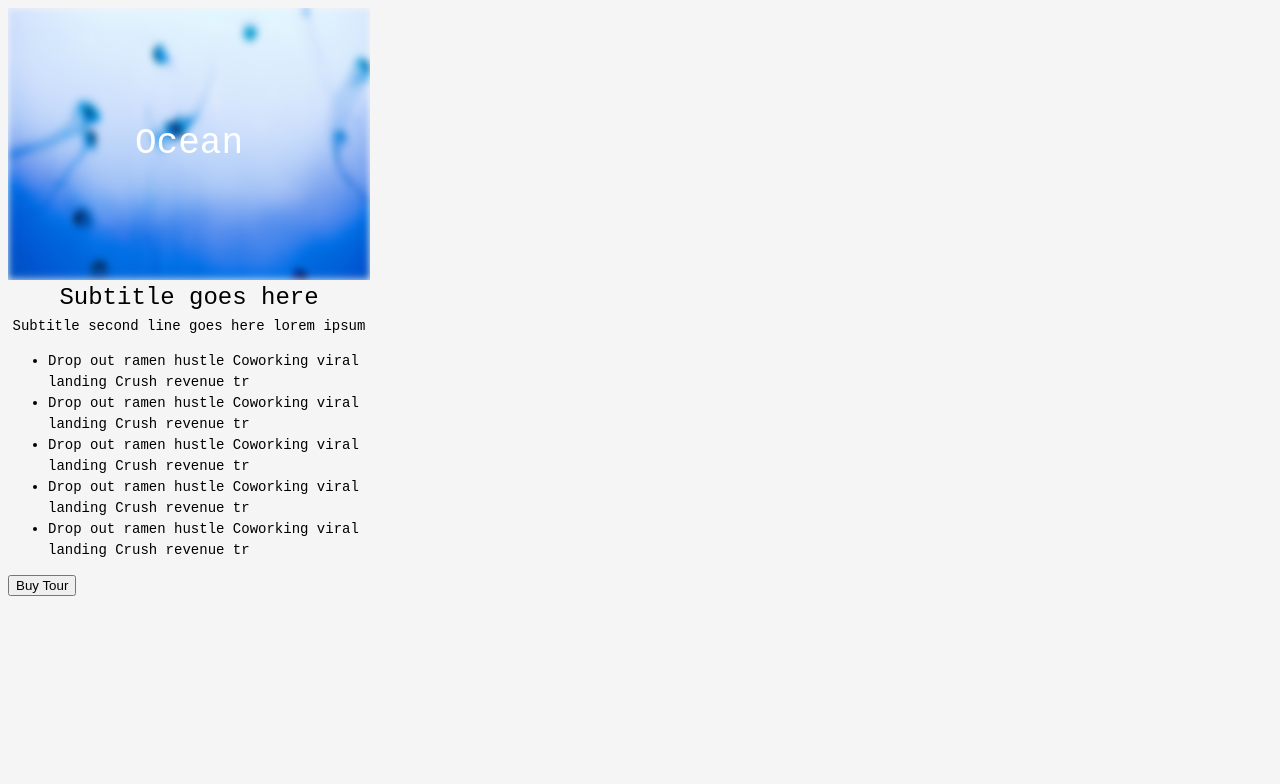
Repository: HoanTiny/pricetable
Page: index.html
The author's editor kept a copy of each file at every save. The page is drawn from the files as they stood at one save, then again after the next save.
The browser window is 1280 px wide. The pictures show the whole page.

Above is the page before, as saved 2022-07-04 10:08:38.

### index.html
<!DOCTYPE html>
<html lang="en">
    <head>
        <meta charset="UTF-8" />
        <meta http-equiv="X-UA-Compatible" content="IE=edge" />
        <meta name="viewport" content="width=device-width, initial-scale=1.0" />
        <title>PriceTable</title>
        <link rel="stylesheet" href="./assests/css/style.css" />
    </head>
    <body>
        <div class="container">
            <div class="price-table">
                <div class="img">
                    <img src="./assests/img/ocean.png" alt="logo" />
                    <span>Ocean</span>
                </div>
                <div class="title">
                    <div class="title_header">
                        <p>Subtitle goes here</p>
                        <span>Subtitle second line goes here lorem ipsum</span>
                    </div>
                    <div class="title_list">
                        <ul>
                            <li>
                                Drop out ramen hustle Coworking viral landing
                                Crush revenue tr
                            </li>
                            <li>
                                Drop out ramen hustle Coworking viral landing
                                Crush revenue tr
                            </li>
                            <li>
                                Drop out ramen hustle Coworking viral landing
                                Crush revenue tr
                            </li>
                            <li>
                                Drop out ramen hustle Coworking viral landing
                                Crush revenue tr
                            </li>
                            <li>
                                Drop out ramen hustle Coworking viral landing
                                Crush revenue tr
                            </li>
                        </ul>
                    </div>
                    <div class="title_btn">
                        <button type="">Buy Tour</button>
                    </div>
                </div>
            </div>
        </div>
    </body>
</html>

### assests/css/style.css
body {
    background-color: #f5f5f5;
    font-family: "Courier New", Courier, monospace;
    font-size: 14px;
    line-height: 1.5;
}

* {
    box-sizing: border-box;
}

.container {
    display: flex;
}

.price-table {
    width: 362px;
    height: 768px;
}

.img {
    position: relative;
    height: 272px;
    width: 100%;
}

.img span {
    position: absolute;
    top: 50%;
    left: 50%;
    transform: translate(-50%, -50%);
    font-size: 36px;
    color: #fff;
}

img {
    width: 100%;
    height: 100%;
}

.title_header {
    text-align: center;
}

.title_header p {
    font-size: 24px;
    margin: 0;
}

.title_header span {
    font-size: 14px;
}

After the next save:
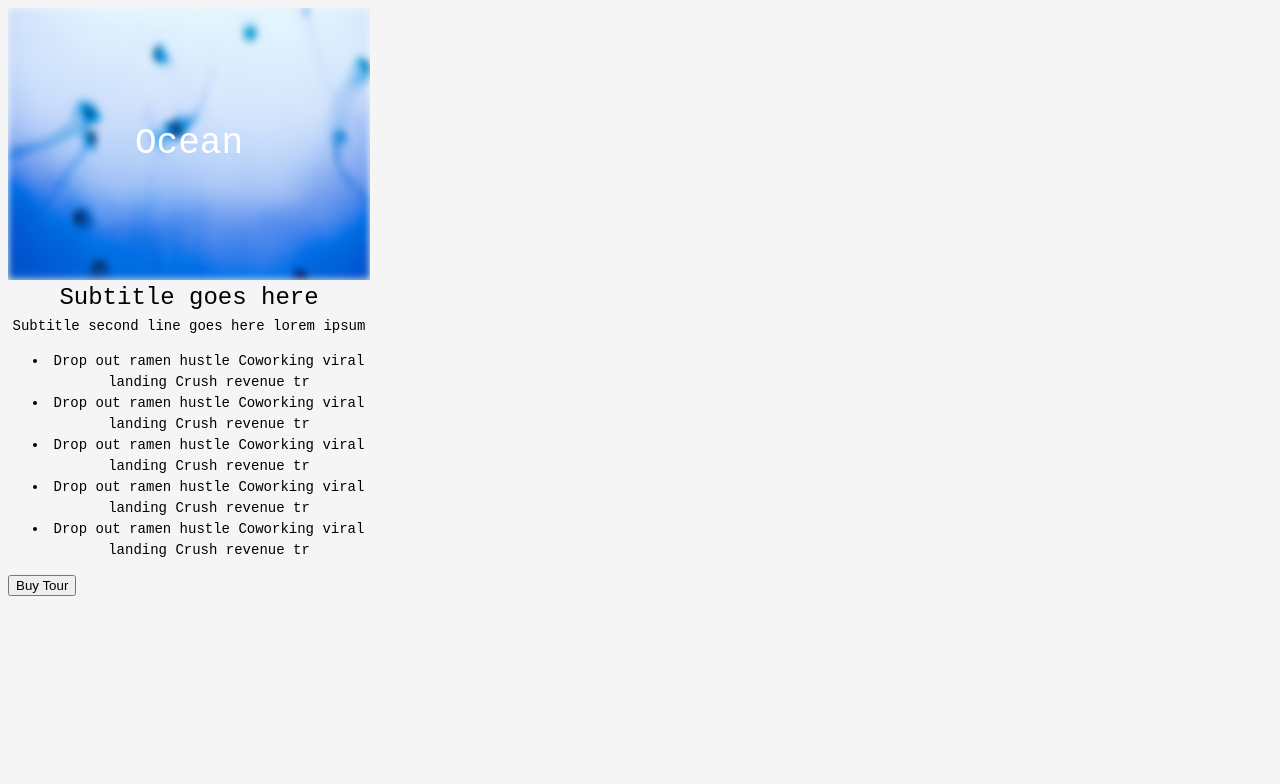
Saved 28 s later.
--- a/assests/css/style.css
+++ b/assests/css/style.css
@@ -50,3 +50,8 @@ img {
 .title_header span {
     font-size: 14px;
 }
+
+.title_list {
+    text-align: center;
+    padding-left: 0;
+}
